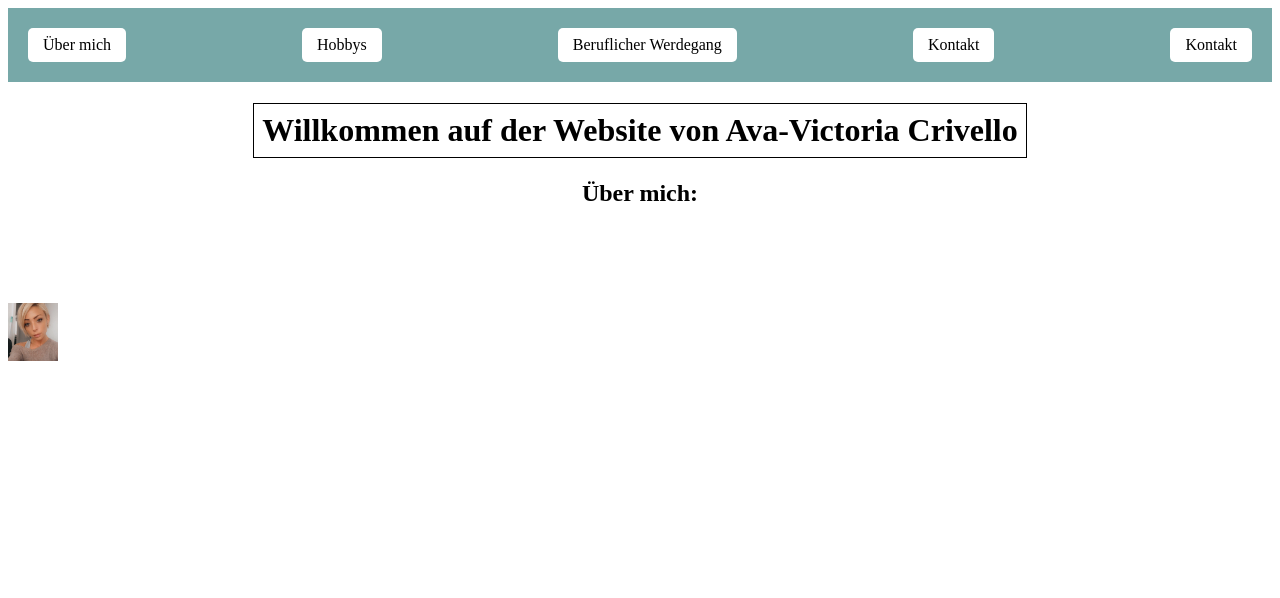
Repository: Ava-VictoriaCrivello/website
Page: index.html
The author's editor kept a copy of each file at every save. The page is drawn from the files as they stood at one save, then again after the next save.
The browser window is 1280 px wide. The pictures show the whole page.
Some web fonts or font styles are not loaded; a fallback is used.

Above is the page before, as saved 2022-05-29 19:46:48.

After the next save:
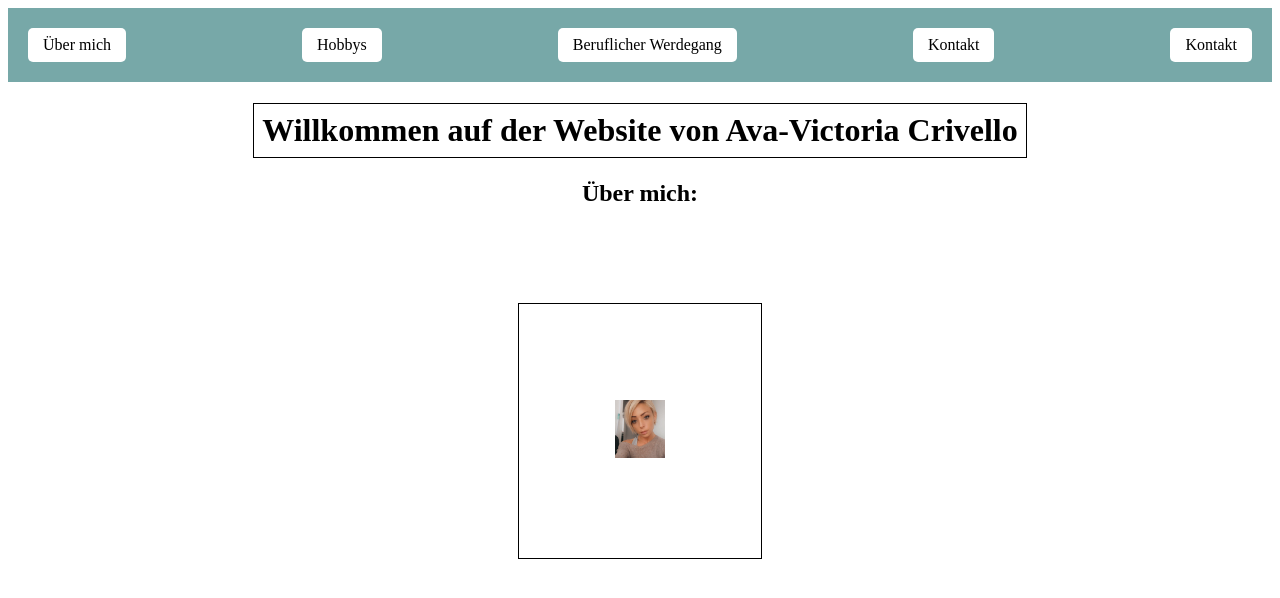
Saved 10 min 9 s later.
--- a/style.css
+++ b/style.css
@@ -25,7 +25,7 @@ h1 {
   margin-left: auto;
   margin-right: auto;
   max-width: max-content;
-  text-align: center;
+  text-align: start;
 }
 h2 {
   font-family: "Tiro Telugu", serif;
@@ -33,5 +33,14 @@ h2 {
   margin-bottom: 4em;
   text-align: center;
 }
-#ich {
+
+article {
+  font-family: "Tiro Telugu", serif;
+  color: black;
+  border: thin solid;
+  padding: 6em;
+  margin-left: auto;
+  margin-right: auto;
+  max-width: max-content;
+  text-align: center;
 }
